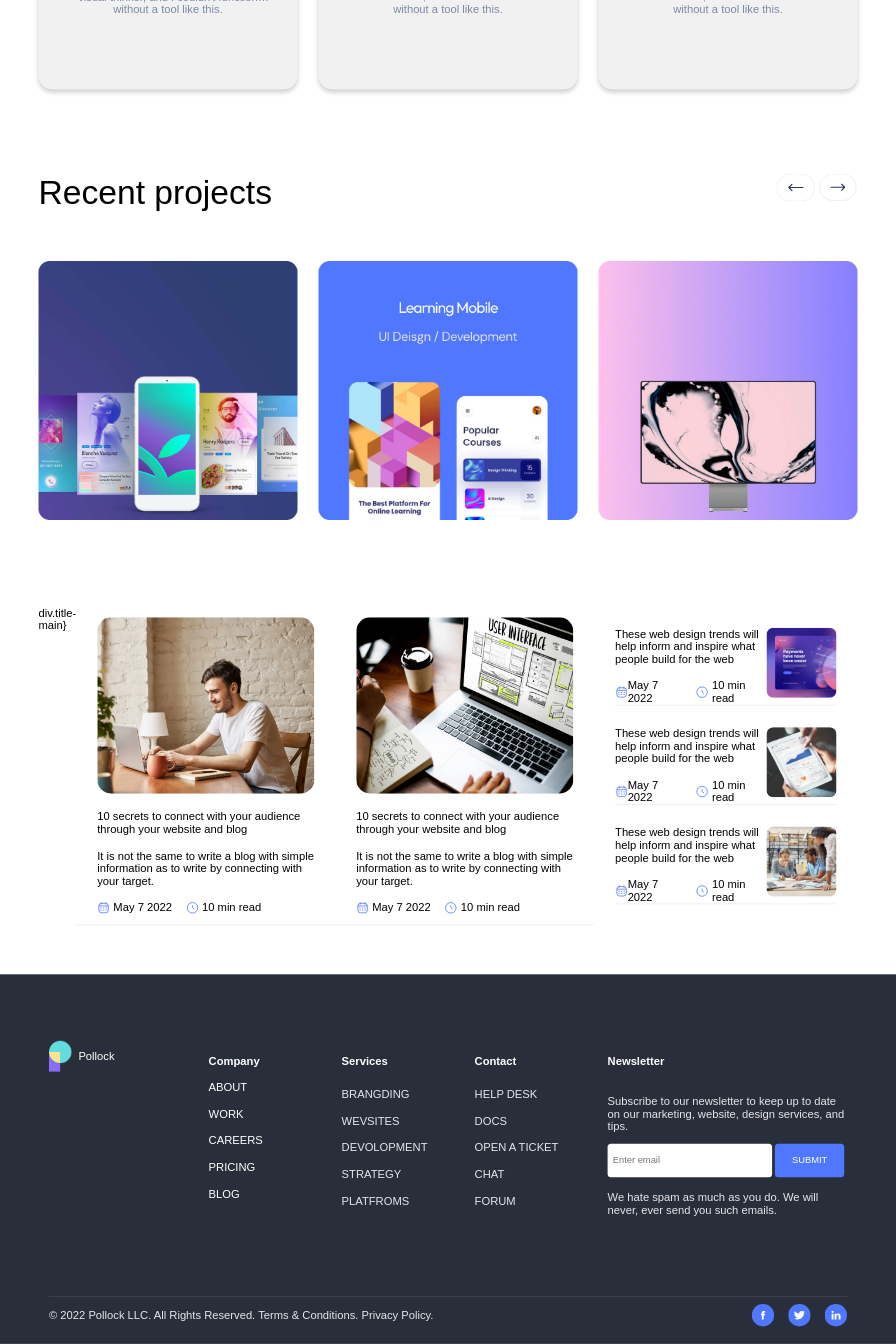
Repository: Nam936/exercises
Page: demo.html
These files come from the project's save history. The page is drawn as it stood at one moment and after the next save; the edit follows.
The browser window is 1280 px wide. The pictures show the part of the page from y = 1857 to 3777 px (the page is 3777 px tall before and 3747 px after), at 70% of full size.

Above is the page before, as saved 2023-01-13 14:37:37.

### demo.html
<!DOCTYPE html>
<html lang="en">
<!-- <link rel="stylesheet" href="https://cdnjs.cloudflare.com/ajax/libs/font-awesome/4.7.0/css/font-awesome.min.css"> -->
<link rel="stylesheet" href="https://cdnjs.cloudflare.com/ajax/libs/font-awesome/5.15.3/css/all.min.css" />
<link rel="stylesheet" href="path/to/font-awesome/css/font-awesome.min.css">

<head>
  <meta charset="UTF-8">
  <meta http-equiv="X-UA-Compatible" content="IE=edge">
  <meta name="viewport" content="width=device-width, initial-scale=1.0">
  <title>Pollock</title>
  <link rel="stylesheet" href="style2.css">
</head>

<body>
  <div id="wrap">
    <div class="bg-header">
      <div class="container">
        <div class="header">
          <div class="menu-header">
            <div class="logo-header">
              <div class="img-logo">
                <img src="/img/Frame_header.png" alt="logo">
              </div>
              <p class="txt-header">Pollock</p>
            </div>
            <div class="header-midd">
              <a class="midd-item" href="#">HOME</a>
              <a class="midd-item" href="#">SERVICES</a>
              <a class="midd-item" href="#">ABOUT</a>
              <a class="midd-item" href="#">PAGES</a>
              <a class="midd-item" href="#">BLOG</a>
              <a class="midd-item" href="#">CONTACT</a>

            </div>
            <div class="header-close">
              <i class="fas fa-bars"></i>
            </div>
            <div class="header-right">

              <div class="search">
                <a href="#"><img class="search" src="/img/Iconex/Search_header.png" alt=""></a>
              </div>
              <div class="cart">
                <a href="#"><img class="cart" src="/img/Iconex/Bag_header.png" alt=""></a>
              </div>
              <div class="btn-sig">
                <a href=""><button>SIGN UP</button></a>
              </div>
            </div>
          </div>
        </div>
        <div class="txt-ct">
          <h1>OurWork</h1>
          <p>HOMEPAGE / PROJECT</p>
        </div>
      </div>
    </div>

    <div class="main">
      <div class="header-main">
        <h1>Get inspored by our finest work</h1>
      </div>
      <div class="row">
        <div class="column">
          <img src="/img/main_img/1.png" alt="">
          <img src="/img/main_img/2.png" alt="">
        </div>
        <div class="column">
          <img src="/img/main_img/3.png" alt="">
          <img src="/img/main_img/4.png" alt="">
        </div>
        <div class="column">
          <img src="/img/main_img/5.png" alt="">
          <img src="/img/main_img/6.png" alt="">
        </div>
      </div>
      <div class="btn-main">
        <a href="#"><button>LOAD MORE</button></a>
      </div>
    </div>

    <div class="custom">
      <div class="cus-title">
        <p class="txt-cus">What our clients are saying about us</p>
        <p txt-content-cus>Customer satisfaction is a primary goal for our company</p>
      </div>
      <div class="row-card">
        <div class="column-card">
          <div class="card">
            <div class="card-avatar">
              <div class="card-img">
                <img src="/img/avatar/avatar-1.svg" alt="">
              </div>
              <div class="card-avatar-content">
                <p class="txt-avatar-title">Monica Smith</p>
                <p class="txt-avatar-content">Brand & Co</p>
              </div>
            </div>
            <div class="card-content">
              <!-- <div class="card-title"> -->
              <p class="txt-title">Amazing</p>
              <p class="txt-content">Overall experience is awesome!! I'm a visual thinker, and I couldn't function
                without a tool like this.</p>
              <!-- </div> -->
            </div>
          </div>
        </div>
        <div class="column-card">
          <div class="card">
            <div class="card-avatar">
              <div class="card-img">
                <img src="/img/avatar/avatar-2.svg" alt="">
              </div>
              <div class="card-avatar-content">
                <p class="txt-avatar-title">Monica Smith</p>
                <p class="txt-avatar-content">Brand & Co</p>
              </div>
            </div>
            <div class="card-content">
              <!-- <div class="card-title"> -->
              <p class="txt-title">Amazing</p>
              <p class="txt-content">Overall experience is awesome!! I'm a visual thinker, and I couldn't function
                without a tool like this.</p>
              <!-- </div> -->
            </div>
          </div>
        </div>
        <div class="column-card">
          <div class="card">
            <div class="card-avatar">
              <div class="card-img">
                <img src="/img/avatar/avatar-3.svg" alt="">
              </div>
              <div class="card-avatar-content">
                <p class="txt-avatar-title">Monica Smith</p>
                <p class="txt-avatar-content">Brand & Co</p>
              </div>
            </div>
            <div class="card-content">
              <!-- <div class="card-title"> -->
              <p class="txt-title">Amazing</p>
              <p class="txt-content">Overall experience is awesome!! I'm a visual thinker, and I couldn't function
                without a tool like this.</p>
              <!-- </div> -->
            </div>
          </div>
        </div>
      </div>
    </div>
    <!-- <div class="client">
      <div class="tit-client">
        <h2>What our clients are saying about us</h2>
        <p>Customer satisfaction is a primary goal for our company</p>
      </div>
      <div class="slide-container">
        <div class="slide">
          <div class="card">
            <div class="content">
              <div class="avatar">
                <img src="/img/avatar/avatar-1.svg" alt="">
              </div>
              <div class="title-card">
                <span>Monica Smith</span>
                <p>Brand & Co</p>
              </div>
              <div class="desc-card">
                <span>Amazing!!</span>
                <p>Overall experience is awesome!! I'm a visual thinker, and I couldn't function without a tool like
                  this.</p>
              </div>
            </div>
          </div>
          <div class="card">
            <div class="content">
              <div class="avatar">
                <img src="/img/avatar/avatar-2.svg" alt="">
              </div>
              <div class="title-card">
                <span>Monica Smith</span>
                <p>Brand & Co</p>
              </div>
              <div class="desc-card">
                <span>Amazing!!</span>
                <p>Overall experience is awesome!! I'm a visual thinker, and I couldn't function without a tool like
                  this.</p>
              </div>
            </div>
          </div>
          <div class="card">
            <div class="content">
              <div class="avatar">
                <img src="/img/avatar/avatar-3.svg" alt="">
              </div>
              <div class="title-card">
                <span>Monica Smith</span>
                <p>Brand & Co</p>
              </div>
              <div class="desc-card">
                <span>Amazing!!</span>
                <p>Overall experience is awesome!! I'm a visual thinker, and I couldn't function without a tool like
                  this.</p>
              </div>
            </div>
          </div>
        </div>
      </div>
    </div> -->


    <div class="main-recent">
      <div class="title-recent">
        <div class="recent-title">
          <p class="txt-recent-project">Recent projects</p>
        </div>
        <div class="btn-slide">
          <img class="left" src="/img/Iconex/Left.svg" alt="">
          <img class="right" src="/img/Iconex/Right-2.svg" alt="">
        </div>
      </div>
      <div class="cards-recent">
        <div class="card-recent">
          <div class="card-content-recent">
            <div class="card-image-container">
              <img src="/img/Img1.png" />
            </div>
          </div>
        </div>
        <div class="card-recent">
          <div class="card-content-recent">
            <div class="card-image-container">
              <img src="/img/Img2.png" />
            </div>
          </div>
        </div>
        <div class="card-recent">
          <div class="card-content-recent">
            <div class="card-image-container">
              <img src="/img/Img3.png" />
            </div>
          </div>
        </div>
      </div>
    </div>
    <!-- <div class="recent-project-wrap">
      <div class="recent-container">
        <div class="recent-project">
          <div class="recent-title">
            <p>Recent projects</p>
          </div>
          <div class="btn-slide">
            <img src="/img/Iconex/Left.svg" alt="">
            <img src="/img/Iconex/Right.svg" alt="">
          </div>
        </div>
        <div class="card-row">
          <div class="card-column">
            <img src="/img/Img1.png" alt="">
          </div>
          <div class="card-column">
            <img src="/img/Img2.png" alt="">
          </div>
          <div class="card-column">
            <img src="/img/Img3.png" alt="">
          </div>
        </div>
      </div>
    </div> -->
    <div class="card-main">
      div.title-main}
      <div class="cards-cus">
        <div class="card-cus">
          <div class="card-image-container-cus">
            <div class="card-cuw">
              <img src="/img/Rectangle 66.png" />
            </div>
          </div>
          <div class="card-content-cus">
            <p class="card-title-cus">
              10 secrets to connect with your audience through your website and blog
            <p>It is not the same to write a blog with simple information as to write by connecting with your target.
            </p>
            </p>
            <div class="day-cus">
              <div class="date-cus">
                <img src="/img/Iconex/Calendar.svg" alt="">
                <p>May 7 2022</p>
              </div>
              <div class="time-cus">
                <img src="/img/Iconex/Time Circle.svg" alt="">
                <p>10 min read</p>
              </div>
            </div>
          </div>
        </div>
        <div class="card-cus">
          <div class="card-image-container-cus">
            <img src="/img/Rectangle 66_2.png" />
          </div>
          <div class="card-content-cus">
            <p class="card-title-cus">
              10 secrets to connect with your audience through your website and blog
            <p>It is not the same to write a blog with simple information as to write by connecting with your target.
            </p>
            </p>
            <div class="day-cus">
              <div class="date-cus">
                <img src="/img/Iconex/Calendar.svg" alt="">
                <p>May 7 2022</p>
              </div>
              <div class="time-cus">
                <img src="/img/Iconex/Time Circle.svg" alt="">
                <p>10 min read</p>
              </div>
            </div>
          </div>
        </div>
      </div>
      <div class="blog-thumbnail">
        <div class="thumbnail">
          <div class="thumb">
            <p>These web design trends will help inform and inspire what people build for the web</p>
            <div class="day">
              <div class="blog-date">
                <img src="/img/Iconex/Calendar.svg" alt="">
                <p>May 7 2022</p>
              </div>
              <div class="time">
                <img src="/img/Iconex/Time Circle.svg" alt="">
                <p>10 min read</p>
              </div>
            </div>
          </div>
          <div class="thumb-img">
            <img src="/img/thumb1.png" alt="">
          </div>
        </div>
        <div class="thumbnail">
          <div class="thumb">
            <p>These web design trends will help inform and inspire what people build for the web</p>
            <div class="day">
              <div class="blog-date">
                <img src="/img/Iconex/Calendar.svg" alt="">
                <p>May 7 2022</p>
              </div>
              <div class="time">
                <img src="/img/Iconex/Time Circle.svg" alt="">
                <p>10 min read</p>
              </div>
            </div>
          </div>
          <div class="thumb-img">
            <img src="/img/thumb2.png" alt="">
          </div>
        </div>
        <div class="thumbnail">
          <div class="thumb">
            <p>These web design trends will help inform and inspire what people build for the web</p>
            <div class="day">
              <div class="blog-date">
                <img src="/img/Iconex/Calendar.svg" alt="">
                <p>May 7 2022</p>
              </div>
              <div class="time">
                <img src="/img/Iconex/Time Circle.svg" alt="">
                <p>10 min read</p>
              </div>
            </div>
          </div>
          <div class="thumb-img">
            <img src="/img/thumb3.png" alt="">
          </div>
        </div>
      </div>
    </div>
  </div>


  <!-- <div class="blog-thumbnail">
          <div class="thumbnail">
            <div class="thumb">
              <p>These web design trends will help inform and inspire what people build for the web</p>
              <div class="day">
                <div class="blog-date">
                  <img src="/img/Iconex/Calendar.svg" alt="">
                  <p>May 7 2022</p>
                </div>
                <div class="time">
                  <img src="/img/Iconex/Time Circle.svg" alt="">
                  <p>10 min read</p>
                </div>
              </div>
            </div>
            <div class="thumb-img">
              <img src="/img/thumb1.png" alt="">
            </div>
          </div>
          <div class="thumbnail">
            <div class="thumb">
              <p>These web design trends will help inform and inspire what people build for the web</p>
              <div class="day">
                <div class="blog-date">
                  <img src="/img/Iconex/Calendar.svg" alt="">
                  <p>May 7 2022</p>
                </div>
                <div class="time">
                  <img src="/img/Iconex/Time Circle.svg" alt="">
                  <p>10 min read</p>
                </div>
              </div>
            </div>
            <div class="thumb-img">
              <img src="/img/thumb2.png" alt="">
            </div>
          </div>
          <div class="thumbnail">
            <div class="thumb">
              <p>These web design trends will help inform and inspire what people build for the web</p>
              <div class="day">
                <div class="blog-date">
                  <img src="/img/Iconex/Calendar.svg" alt="">
                  <p>May 7 2022</p>
                </div>
                <div class="time">
                  <img src="/img/Iconex/Time Circle.svg" alt="">
                  <p>10 min read</p>
                </div>
              </div>
            </div>
            <div class="thumb-img">
              <img src="/img/thumb3.png" alt="">
            </div>
          </div>
        </div>
      </div>
    </div> -->


  <!-- <div class="footer">
    <div class="contain-main">
      <div class="contain">
        <div class="logo_nav">
          <img src="/img/Frame_header.png" alt="">
          <p class="txt_footer">Pollock</p>
        </div>
        <div class="col">
          <h1>Company</h1>
          <ul>
            <li>About</li>
            <li>WORK</li>
            <li>CAREERS</li>
            <li>PRICING</li>
            <li>BLOG</li>
          </ul>
        </div>
        <div class="col">
          <h1>Services</h1>
          <ul>
            <li>BRANDING</li>
            <li>WEBSITES</li>
            <li>DEVELOPMENT</li>
            <li>Strategy</li>
            <li>Platforms</li>
          </ul>
        </div>
        <div class="col">
          <h1>Contact</h1>
          <ul>
            <li>Help Desk</li>
            <li>Docs</li>
            <li>Chat</li>
            <li>Social</li>
            <li>Forum</li>
          </ul>
        </div>
        <div class="col">
          <h1>Newsletter</h1>
          <p>Subscribe to our newsletter to keep up to date on our marketing, website, design services, and tips.</p>
          <div class="signup-form">
            <form action="#" class="subscribe">
                <input type="text" class="subscribe--input" placeholder=" Enter Email">
                <button type="button" class="subscribe--btn">Submit</button>
            </form>
          </div>
        </div>
      </div>
      <div class="social">
        <p>© 2022 Pollock LLC. All Rights Reserved. Terms & Conditions. Privacy Policy.</p>
        <ul class="list-footer">
          <li><img src="/img/Iconex/FaceBook.svg" width="32" style="width: 32px;"></li>
          <li><img src="/img/Iconex/LinkedIn.svg" width="32" style="width: 32px;"></li>
          <li><img src="/img/Iconex/Twitter.svg" width="32" style="width: 32px;"></li>
        </ul>
      </div>
    </div>
  </div> -->

  <!-- <div class="col social">
    <p class="footer-alt">© 2022 Pollock LLC. All Rights Reserved. Terms & Conditions. Privacy Policy.</p>
    <ul>
      <li><img src="/img/Iconex/FaceBook.svg" width="32" style="width: 32px;"></li>
      <li><img src="/img/Iconex/LinkedIn.svg" width="32" style="width: 32px;"></li>
      <li><img src="/img/Iconex/Twitter.svg" width="32" style="width: 32px;"></li>
    </ul>
  </div> -->
  <div class="footer">
    <div class="nav_footer">
      <div class="nav_menu">
        <div class="logo_nav">
          <img src="/img/Frame_header.png" alt="">
          <p class="txt_footer">Pollock</p>
        </div>
        <ul class="lst">
          <li class="menuc">
            <h4>Company</h4>
            <p<a href="#">ABOUT</a></p>
            <p<a href="#">WORK</a></p>
            <p<a href="#">CAREERS</a></p>
            <p<a href="#">PRICING</a></p>
            <p<a href="#">BLOG</a></p>
          </li>
          <li class="menuc">
            <h4>Services</h4>
            <p><a href="#">BRANGDING</a></p>
            <p><a href="#">WEVSITES</a></p>
            <p><a href="#">DEVOLOPMENT</a></p>
            <p><a href="#">STRATEGY</a></p>
            <p><a href="#">PLATFROMS</a></p>
          </li>
          <li class="menuc">
            <h4>Contact</h4>
            <p><a href="#">HELP DESK</a></p>
            <p><a href="#">DOCS</a></p>
            <p><a href="#">OPEN A TICKET</a>
            <p><a href="#">CHAT</a></p>
            <p><a href="#">FORUM</a></p>
          </li>
        </ul>
        <div class="nav_itm">
          <h4>Newsletter</h4>
          <p>Subscribe to our newsletter to keep up to date on our marketing, website, design services, and
            tips.</p>
          <div class="btn">
            <input type="text" placeholder="  Enter email">
            <button>SUBMIT</button>
          </div>
          <p>We hate spam as much as you do. We will never, ever send you such emails.</p>
        </div>
      </div>
      <div class="nav_link">
        <div class="pad">
          <div class="desc_f">
            <p>© 2022 Pollock LLC. All Rights Reserved. Terms & Conditions. Privacy Policy.</p>
          </div>
          <div class="link">
            <img src="/img/Iconex/FaceBook.svg" alt="">
            <img src="/img/Iconex/Twitter.svg" alt="">
            <img src="/img/Iconex/LinkedIn.svg" alt="">
          </div>
        </div>
      </div>
    </div>
  </div>
  <!-- <div class="footer">
      <div class="container">
        <div class="row-footer">
          <div class="column-footer">
            <div class="item-footer">
              <h5 class="footer-heading">Company</h5>
              <ul class="footer-link">
                <li><a href="#">ABout</a></li>
                <li><a href="#">ABout</a></li>
                <li><a href="#">ABout</a></li>
                <li><a href="#">ABout</a></li>
                <li><a href="#">ABout</a></li>
              </ul>
            </div>
          </div>

          <div class="column-footer">
            <div class="item-footer">
              <h5 class="footer-heading">Services</h5>
              <ul class="footer-link">
                <li><a href="#">ABout</a></li>
                <li><a href="#">ABout</a></li>
                <li><a href="#">ABout</a></li>
                <li><a href="#">ABout</a></li>
                <li><a href="#">ABout</a></li>
              </ul>
            </div>
          </div>

          <div class="column-footer">
            <div class="item-footer">
              <h5 class="footer-heading">Contact</h5>
              <ul class="footer-link">
                <li><a href="#">ABout</a></li>
                <li><a href="#">ABout</a></li>
                <li><a href="#">ABout</a></li>
                <li><a href="#">ABout</a></li>
                <li><a href="#">ABout</a></li>
              </ul>
            </div>
          </div>

          <div class="column-footer4">
            <div class="item-footer">
              <h5 class="footer-heading">Newsletter</h5>
              <p class="contact-info">Subscribe to our newsletter to keep up to date on our marketing, website, design
                services, and tips.</p>
            </div>
          </div>
        </div>
      </div>

      <div class="text-center">
        <p class="footer-alt">© 2022 Pollock LLC. All Rights Reserved. Terms & Conditions. Privacy Policy.</p>
      </div>
    </div> -->
  </div>
</body>

</html>

Loaded but not shown: style2.css (1476 lines, source omitted)

After the next save:
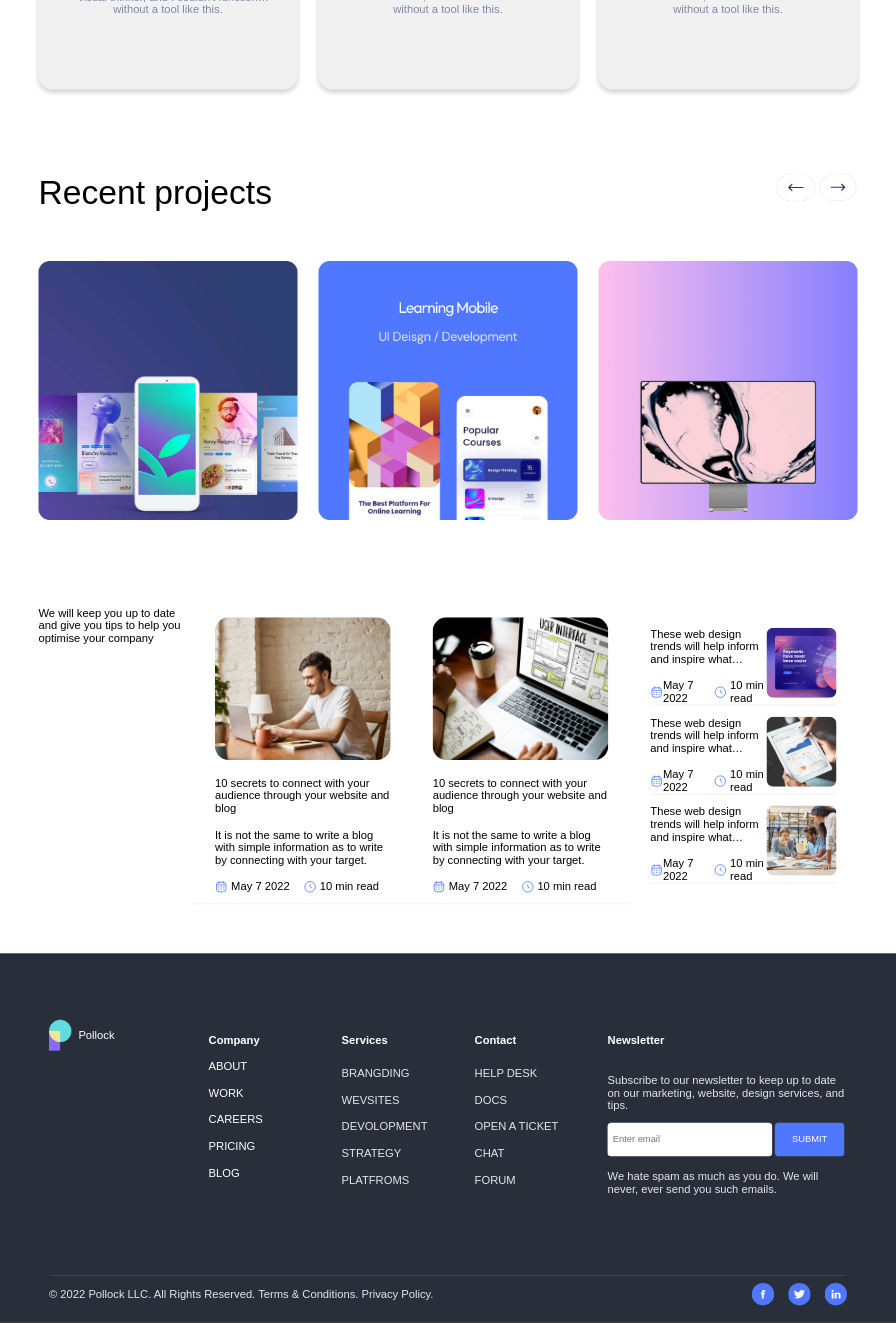
Saved 4 s later.
--- a/demo.html
+++ b/demo.html
@@ -267,7 +267,9 @@
       </div>
     </div> -->
     <div class="card-main">
-      div.title-main}
+      <div class="title-maim">
+        <p>We will keep you up to date and give you tips to help you optimise your company</p>
+      </div>
       <div class="cards-cus">
         <div class="card-cus">
           <div class="card-image-container-cus">
